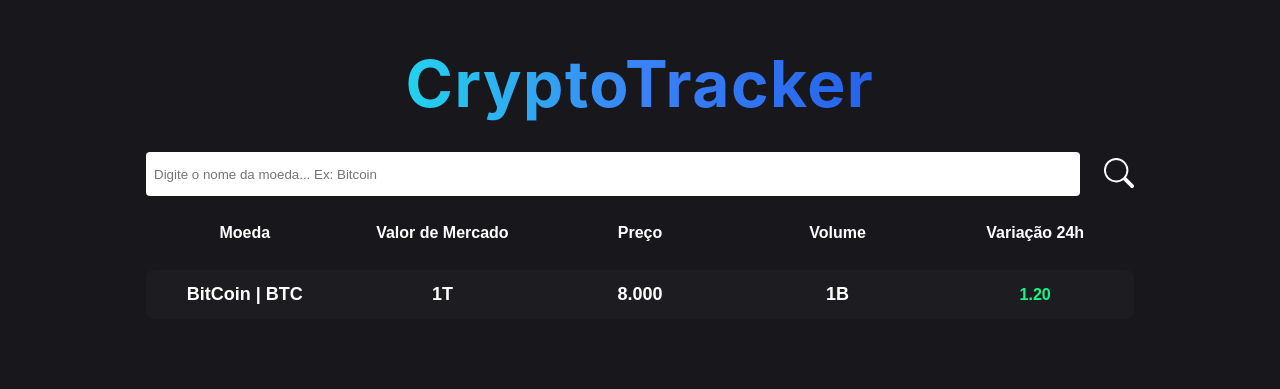
Repository: GabrielPertelCorti/crypto-tracker
Page: /
These files come from the project's save history. The page is drawn as it stood at one moment and after the next save; the edit follows.
The browser window is 1280 px wide. The pictures show the whole page.
The project was rebuilt for these pictures with package versions that can differ from the ones it lists, and the page was loaded fresh each time. Also part of the build but not shown: vite.config.ts, src/pages/detail/index.tsx, src/pages/notFound/index.tsx.

Above is the page before, as saved 2026-03-12 16:10:28.

After the next save:
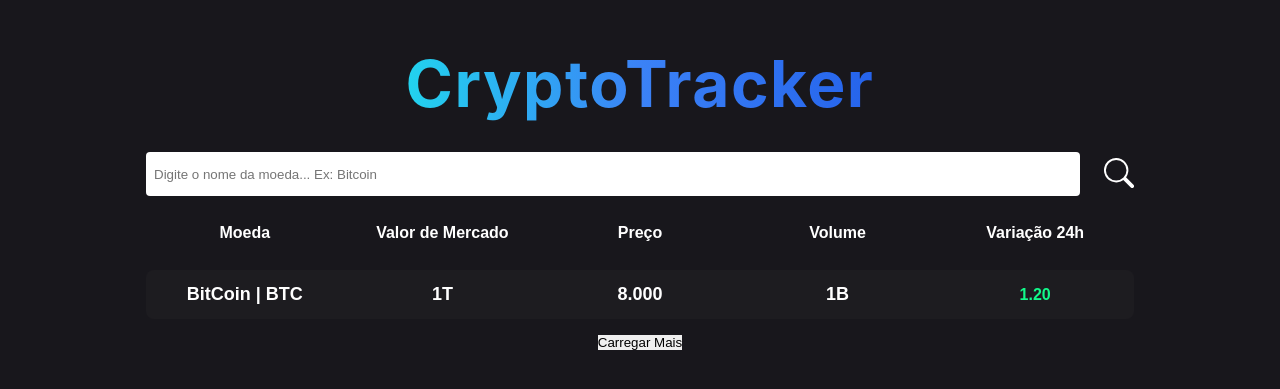
Saved 11 s later.
--- a/src/pages/home/index.tsx
+++ b/src/pages/home/index.tsx
@@ -70,7 +70,9 @@ export default function Home() {
         </tbody>
       </table>
 
-      <button></button>
+      <button>
+        Carregar Mais
+      </button>
 
     </main>
   )
